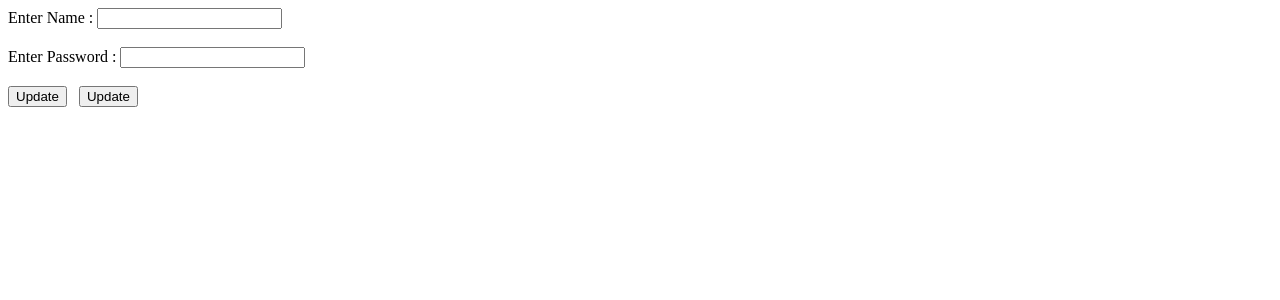
Repository: Vishalrathod8788/JEE
Page: Connectivity_demo/WebContent/Edit.html
These files come from the project's save history. The page is drawn as it stood at one moment and after the next save; the edit follows.
The browser window is 1280 px wide. The pictures show the whole page.

Above is the page before, as saved 2023-09-30 14:51:12.

After the next save:
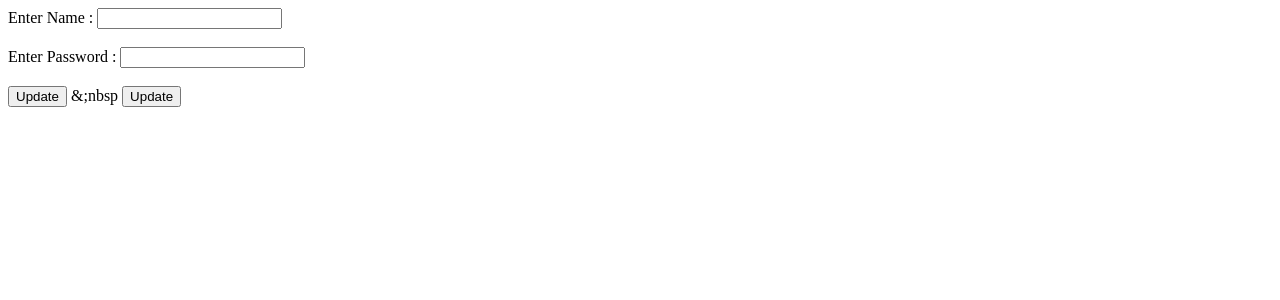
Saved 38 s later.
--- a/Connectivity_demo/WebContent/Edit.html
+++ b/Connectivity_demo/WebContent/Edit.html
@@ -10,7 +10,7 @@
 		<input type="text" name="txtName" /> <br /> <br />
 		Enter Password :
 		<input type="password" name="txtPass" /> <br /> <br />
-		<input type="submit" value="Update" /> &nbsp
+		<input type="submit" value="Update" /> &;nbsp
 		<input type="submit" value="Update" />
 	</form>
 </body>

After the save that followed:
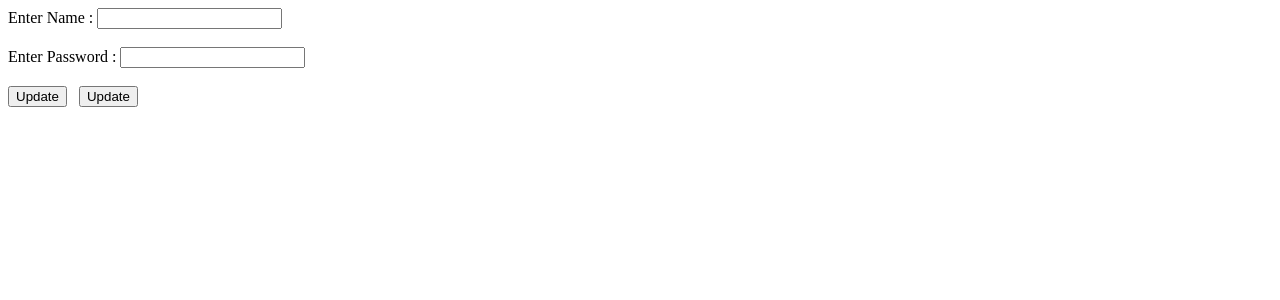
Saved 20 s later.
--- a/Connectivity_demo/WebContent/Edit.html
+++ b/Connectivity_demo/WebContent/Edit.html
@@ -10,7 +10,7 @@
 		<input type="text" name="txtName" /> <br /> <br />
 		Enter Password :
 		<input type="password" name="txtPass" /> <br /> <br />
-		<input type="submit" value="Update" /> &;nbsp
+		<input type="submit" value="Update" /> &nbsp
 		<input type="submit" value="Update" />
 	</form>
 </body>
